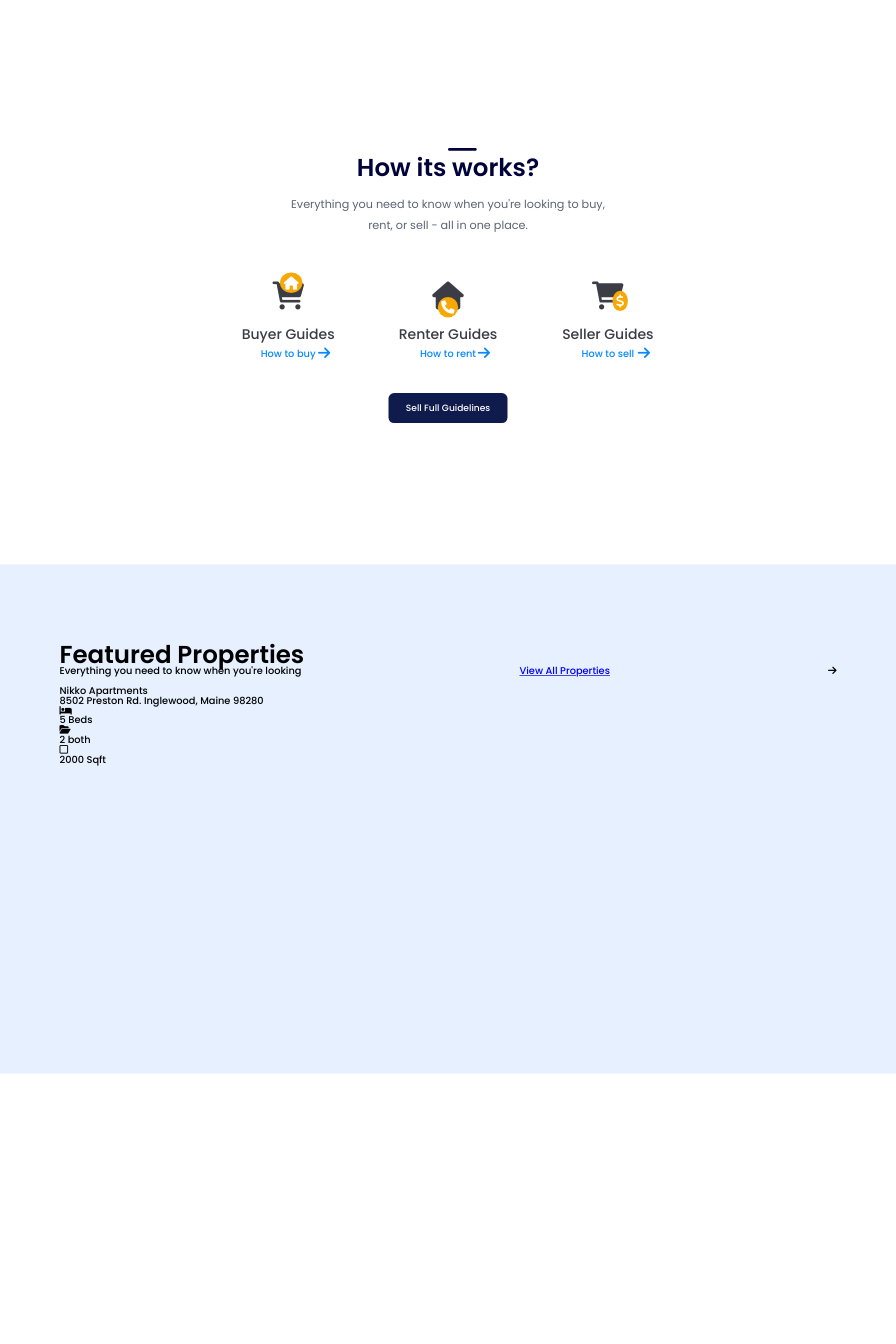
Repository: kauittt/f8-htmlcss-01
Page: index.html
These files come from the project's save history. The page is drawn as it stood at one moment and after the next save; the edit follows.
The browser window is 1280 px wide. The pictures show the part of the page from y = 948 to 2868 px (the page is 2911 px tall), at 70% of full size.

Above is the page before, as saved 2023-01-01 10:34:39.

After the next save:
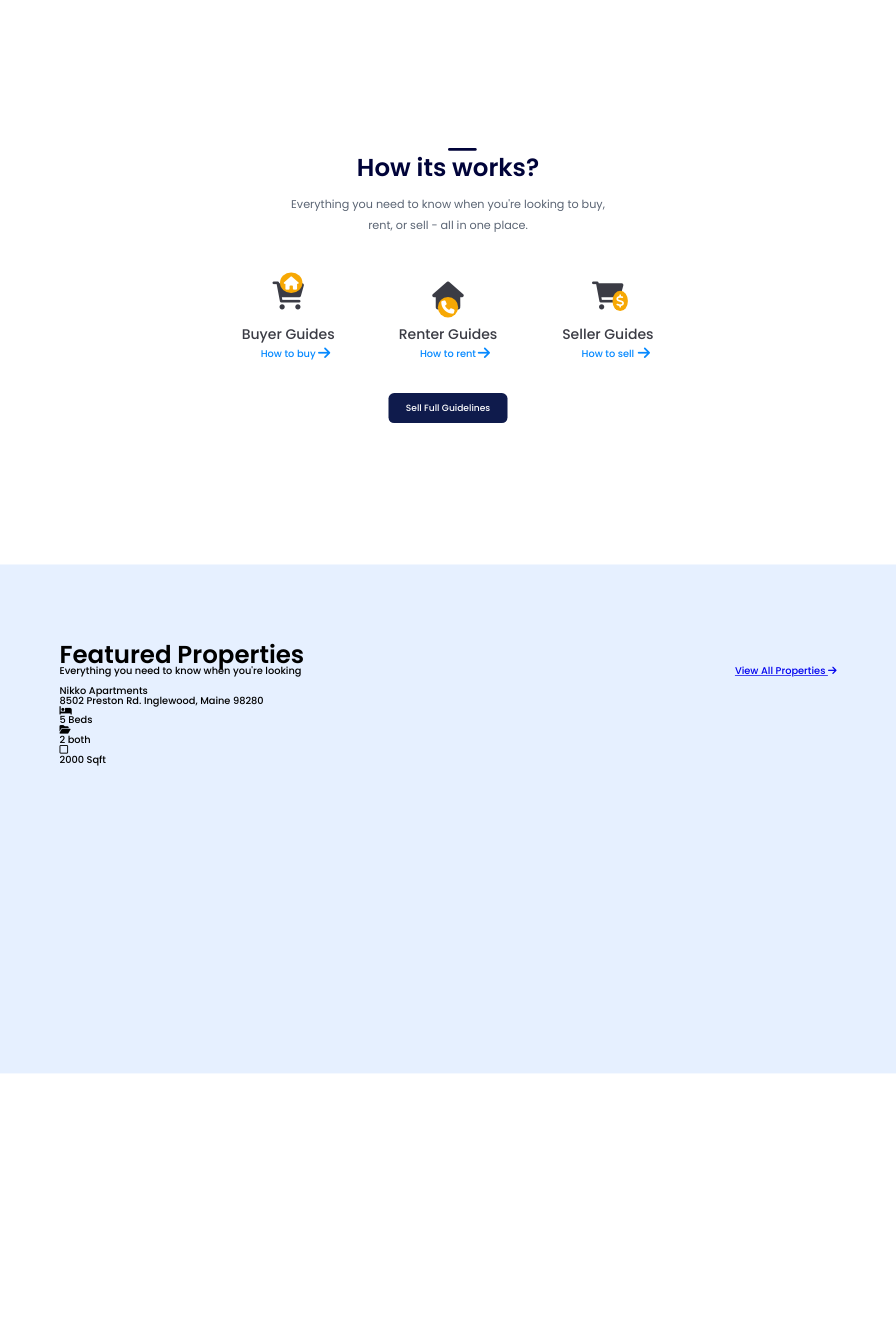
Saved 12 s later.
--- a/index.html
+++ b/index.html
@@ -148,10 +148,10 @@
                         Everything you need to know when you're looking
                     </p>
 
-                    <a href="#!" class="feature-more__link">View All Properties</a>
-                    <i
+                    <a href="#!" class="feature-more__link">View All Properties <i
                         class="fa-solid fa-arrow-right"
-                    ></i>
+                    ></i></a>
+
                 </div>
 
                 <div class="feature-wrap">
